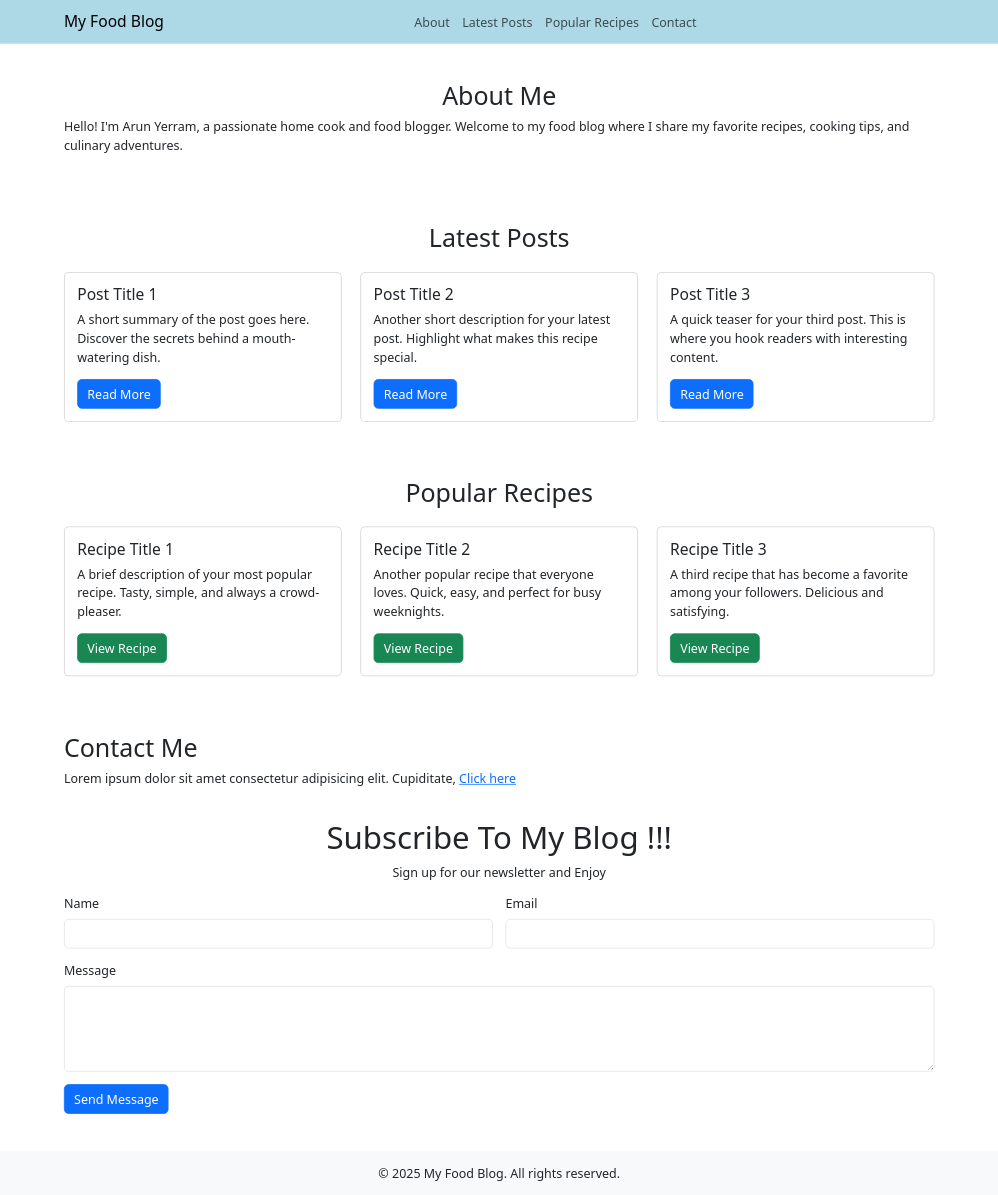
Repository: arunyerram/Web-TEChnologies
Page: 15.03.2025.html
An editor plug-in stored every save of this project. The page is shown before and after the next save, followed by the edit.
The browser window is 1280 px wide. The pictures show the whole page, at 78% of full size.

Above is the page before, as saved 2025-03-19 11:36:36.

After the next save:
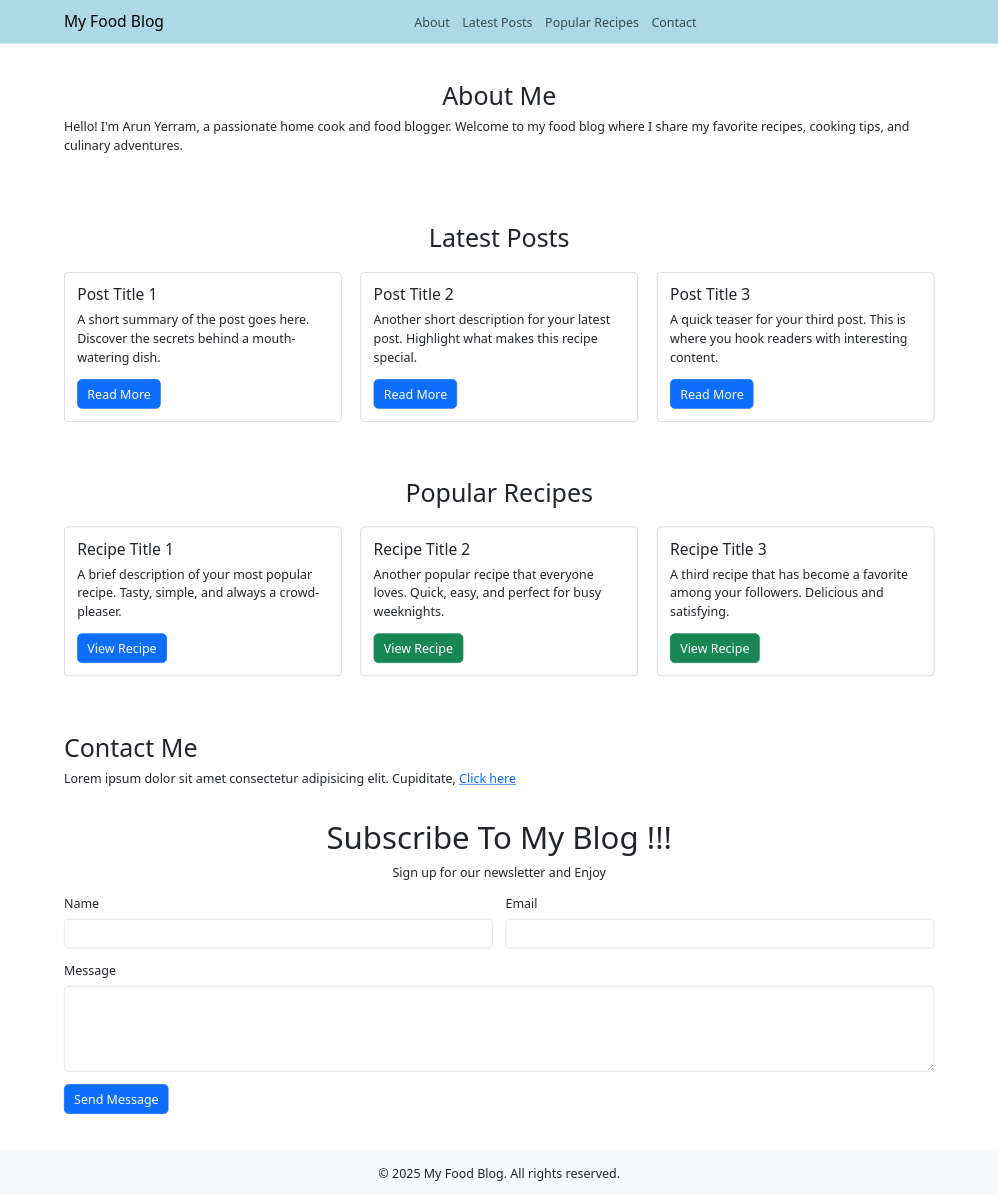
Saved 28 s later.
--- a/15.03.2025.html
+++ b/15.03.2025.html
@@ -147,7 +147,7 @@
                 A brief description of your most popular recipe. Tasty,
                 simple, and always a crowd-pleaser.
               </p>
-              <a href="#" class="btn btn-success">View Recipe</a>
+              <a href="#" class="btn btn-primary">View Recipe</a>
             </div>
           </div>
         </div>
